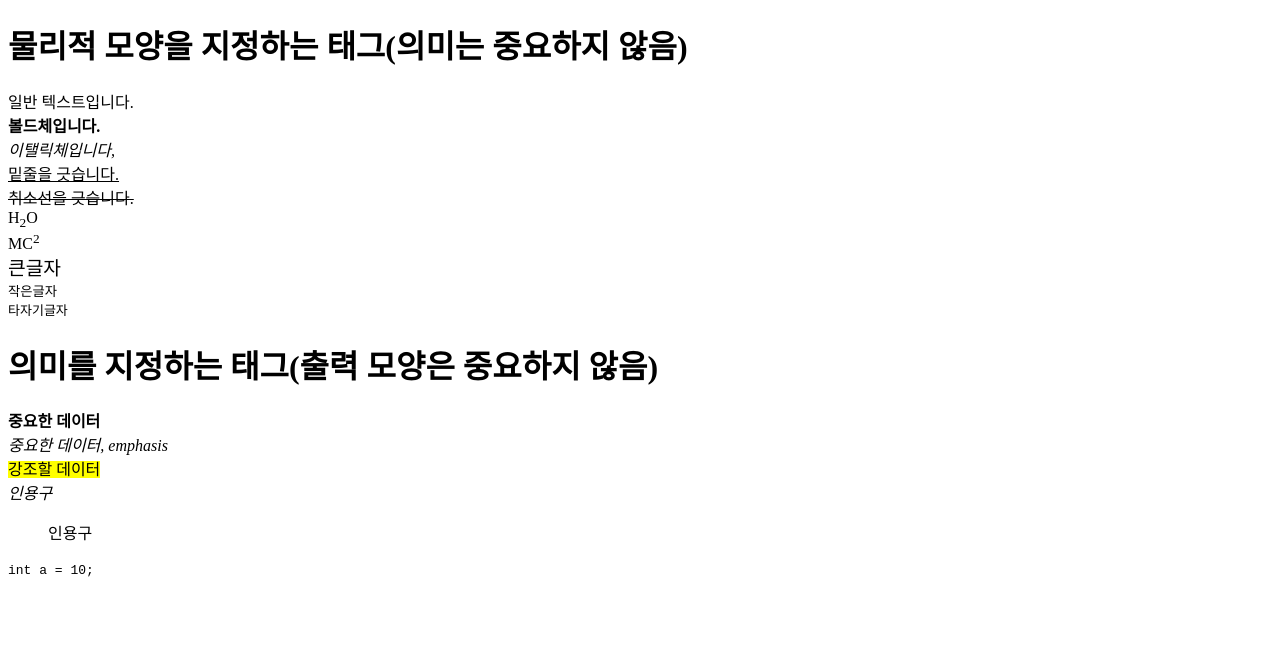
Repository: ssj5037/Class-Study
Page: [5] HTML, CSS, JavaScript/ClientTest/WebContent/Ex09_style.html
The author's editor kept a copy of each file at every save. The page is drawn from the files as they stood at one save, then again after the next save.
The browser window is 1280 px wide. The pictures show the whole page.

Above is the page before, as saved 2020-06-19 01:12:27.

After the next save:
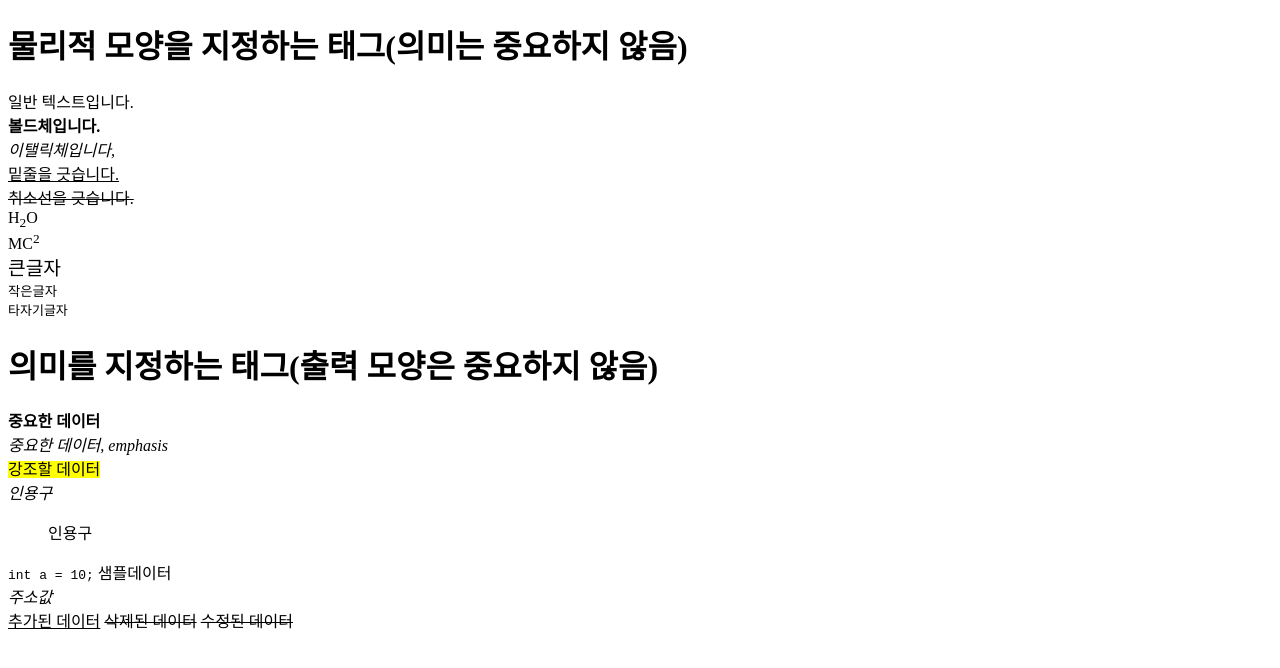
Saved 2 min 12 s later.
--- a/[5] HTML, CSS, JavaScript/ClientTest/WebContent/Ex09_style.html
+++ b/[5] HTML, CSS, JavaScript/ClientTest/WebContent/Ex09_style.html
@@ -30,6 +30,11 @@
 	<cite>인용구</cite><br>	<!-- 단일 라인 -->
 	<blockquote>인용구</blockquote> <!-- 다중 라인 -->
 	<code>int a = 10;</code>
+	<smap>샘플데이터</smap>
+	<address>주소값</address>
+	<ins>추가된 데이터</ins>
+	<del>삭제된 데이터</del>
+	<s>수정된 데이터</s>
 
 </body>
 </html>
